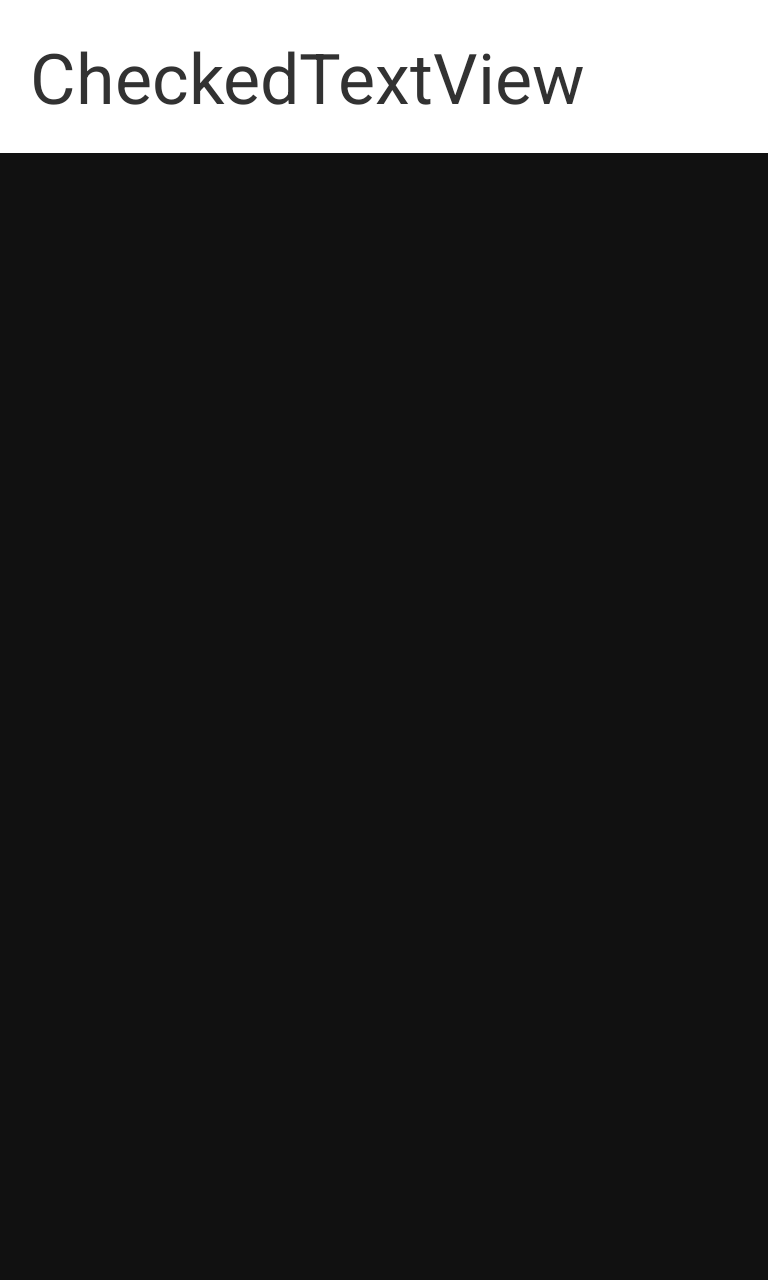
Repository: ppamorim/Coderock-X
Layout: workspace-Android/teste1/res/layout/activity_home.xml
An editor plug-in stored every save of this project. The layout is shown before and after the next save, followed by the edit.
It is drawn on a 768 x 1280 px phone screen (xhdpi) without system bars, with theme AppTheme; the app's code is not run. The app's manifest (not shown) leaves right-to-left support off. So textAlignment, textDirection and layoutDirection are ignored, and left and right values win over start and end ones.

Above is the layout before, as saved 2014-01-06 18:58:44.

After the next save:
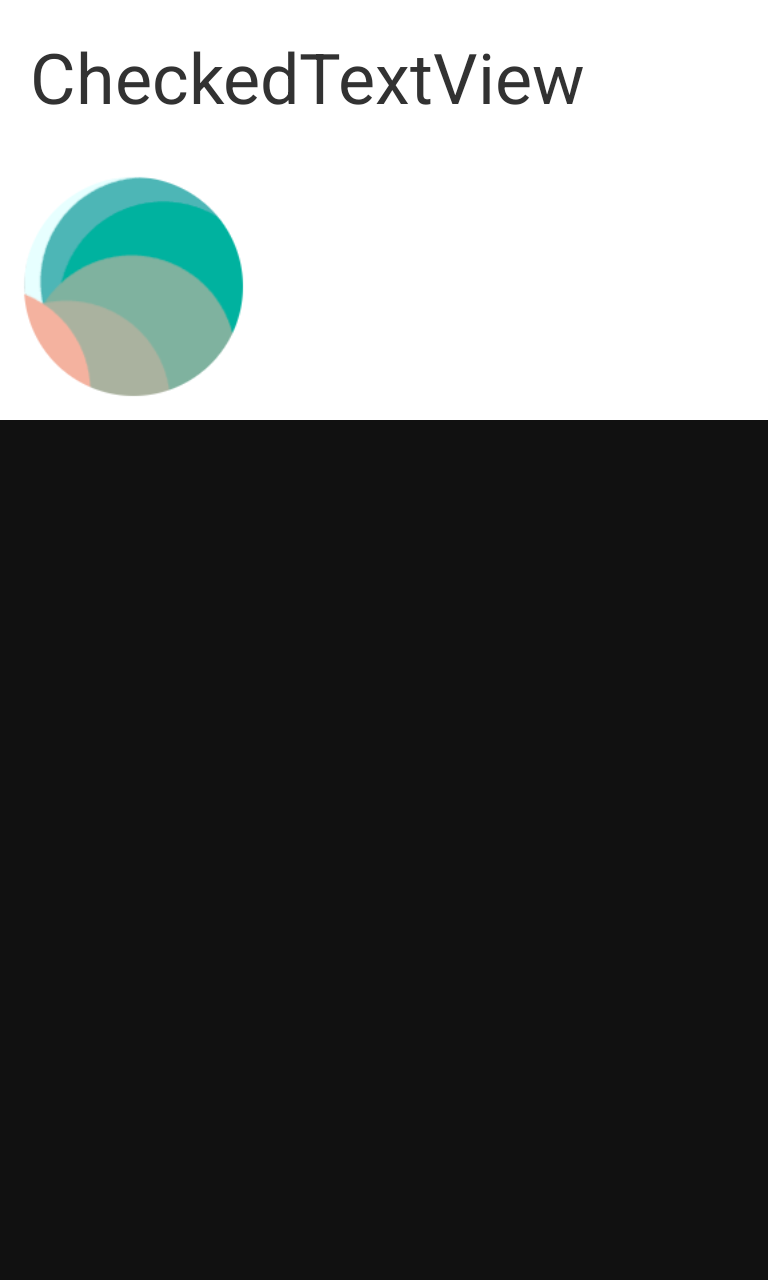
Saved 62 s later.
--- a/workspace-Android/teste1/res/layout/activity_home.xml
+++ b/workspace-Android/teste1/res/layout/activity_home.xml
@@ -21,6 +21,12 @@
             android:layout_marginLeft="15dp"
             android:layout_marginRight="15dp"
             android:text="CheckedTextView" />
+
+        <ImageView
+            android:id="@+id/imageView1"
+            android:layout_width="wrap_content"
+            android:layout_height="wrap_content"
+            android:src="@drawable/splash" />
 
     </LinearLayout>
 
